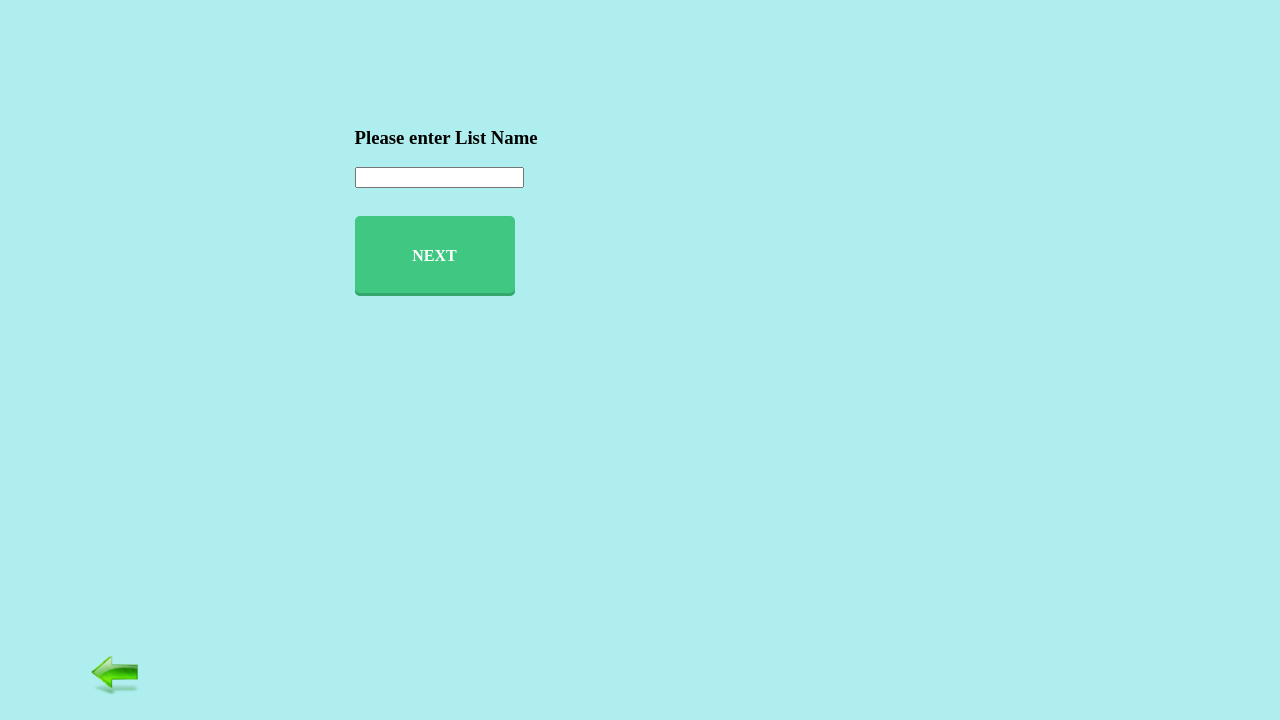
Repository: Artem-Brunov/msu_prac
Page: workspace/BasicUI/NewWithoutTr.html
An editor plug-in stored every save of this project. The page is shown before and after the next save, followed by the edit.
The browser window is 1280 px wide. The pictures show the whole page.

Above is the page before, as saved 2017-12-26 19:07:10.

### workspace/BasicUI/NewWithoutTr.html
<!DOCTYPE html>
<html>
<head>
  <meta charset="utf-8" />
    <meta name="viewport" content="width=device-width, initial-scale=1.0, maximum-scale=1.0">
    <meta name="description" content="Tizen Mobile Web Basic Template" />

    <title>Tizen Mobile Web Basic Application</title>
    <link rel="stylesheet" type="text/css" href="css/NewPlaylist.css" />
    <link rel="stylesheet" type="text/css" href="css/style.css" />
</head>
<body>
<div class = "listn">
	<form name="test">
  		<h3>Please enter List Name</h3>
  		<p>
   			<input type="text" size="18.5">
  		</p>
 </div>

 	</form>

	<div class = "Add">
		<a href = "" class = "first_button">NEXT</a>
	</div>
	<div class = "BBack">
			<a href = "NewSettings.html"><img src="images/Back.png" width="50"
  height="50" alt="One step back"></a>
	</div>
</body>
</html>

### workspace/BasicUI/css/NewPlaylist.css
.Return {
	position: absolute;
  	top: 24%;
  	left:50%;

}
.Add {
	position: absolute;
  	top: 30%;
  	left: 27.7%;
}
.listn {
	position: absolute;
  	top: 15%;
  	left: 27.7%;
}
.BBack{
	position: absolute;
  	top: 90%;
  	left: 7%;
}
.Settings{
	position: absolute;
	left: 18%;
	top: 10%;
 	color: Gray;
}
.take_1{
	position: absolute;
	left: 6%;
	top: 3%;
}
.take_2{
	position: absolute;
	right: 6%;
	top: 3%;
}
.FP{
	position: absolute;
	left: 27.7%;
	top: 60%;
}
.FP_2{
	position: absolute;
	right: 27.7%;
	top: 75%;
}

### workspace/BasicUI/css/style.css
html,
body {
    width: 100%;
    height: 100%;
    margin: 0 auto;
    padding: 0;
    background: PaleTurquoise;
 }
 .titl{

 	position: absolute;
 	left: 25.5%;
 	top: 10%;
 	color: Gray;
 }
 a.first_button {

	display: block;
	width: 160px;
	height: 80px;
  	line-height: 5em;
	border-radius: 5px;
 	background: rgb(64,199,129);
	box-shadow: 0 -3px rgb(53,167,110) inset;
	font-weight: 900;
  	color: white;
  	text-align: center;
  	text-decoration: none;
  	transition: 0.2s;
}
a.first_button:hover { background: rgb(53, 167, 110); }
a.first_button:active {
  background: rgb(33,147,90);
  box-shadow: 0 3px rgb(33,147,90) inset;
}
.New {
	position: absolute;
  	top: 47%;
  	left: 27.7%;

}
.Select {
	position: absolute;
  	top: 64%;
  	left: 27.7%;

}
.FastPlay {
	position: absolute;
  	top: 30%;
  	left: 27.7%;

}

After the next save:
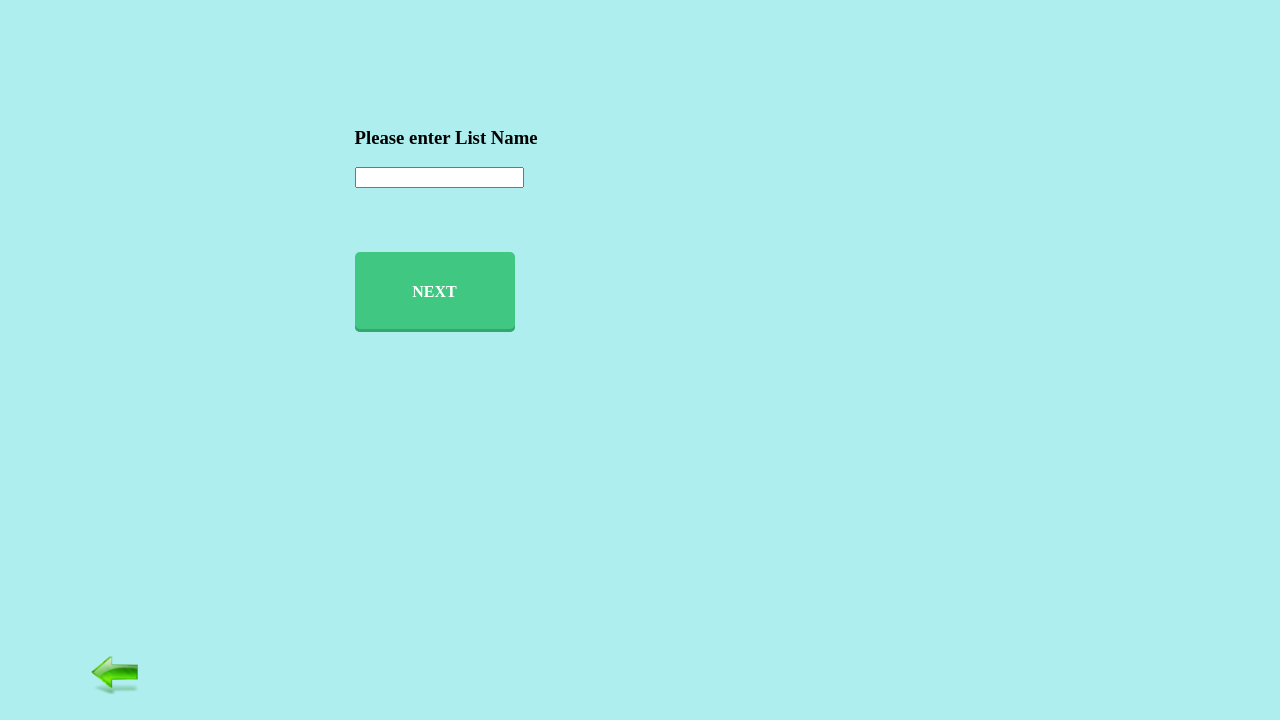
Saved 12 s later.
--- a/workspace/BasicUI/css/NewPlaylist.css
+++ b/workspace/BasicUI/css/NewPlaylist.css
@@ -6,7 +6,7 @@
 }
 .Add {
 	position: absolute;
-  	top: 30%;
+  	top: 35%;
   	left: 27.7%;
 }
 .listn {
